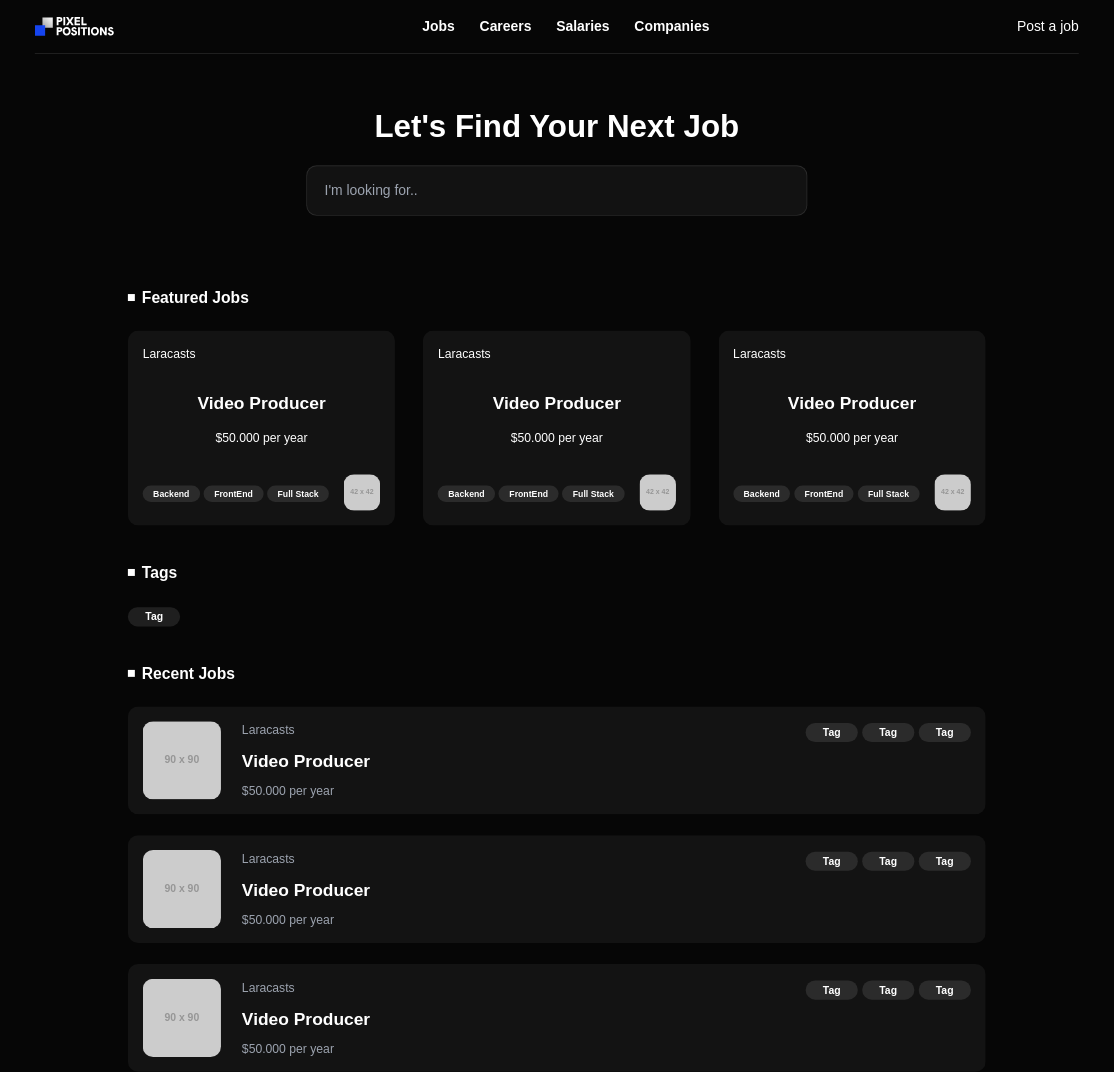
Repository: aggepap/pixel-positions-laravel
Page: http://localhost/
These files come from the project's save history. The page is drawn as it stood at one moment and after a run of saves; the edit follows.
The browser window is 1280 px wide. The pictures show the whole page, at 87% of full size.
Some web fonts or font styles are not loaded; a fallback is used. The page is served by the project's Laravel application, run on PHP 8.4 with Laravel 12. Style sheets and scripts are compiled from the project's sources, by tool versions that may differ from the author's. Queries for data that is not in the repository find no rows.

Above is the page before, as saved 2025-02-22 18:15:04.

After the next 2 saves:
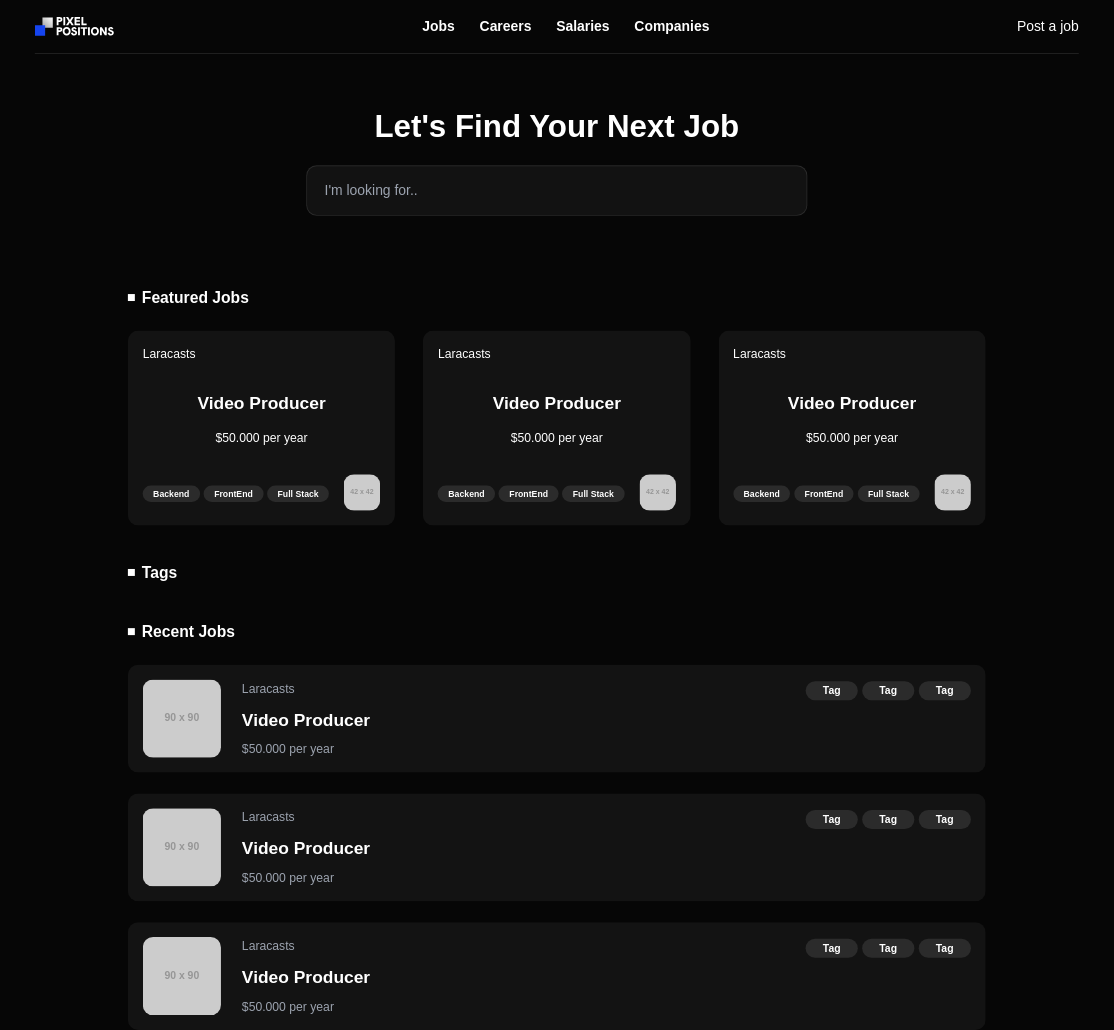
The 2 saves are shown as one change because 1 did not build or start.
The last was saved 31 s later.
--- a/resources/views/jobs/index.blade.php
+++ b/resources/views/jobs/index.blade.php
@@ -20,7 +20,10 @@
        <x-section-heading>Tags</x-section-heading>
 
        <div class="mt-6 space-x-1">
+        @foreach ($tags as $tag )
         <x-tag>Tag</x-tag>
+        @endforeach
+
 
        </div>
     </section>
